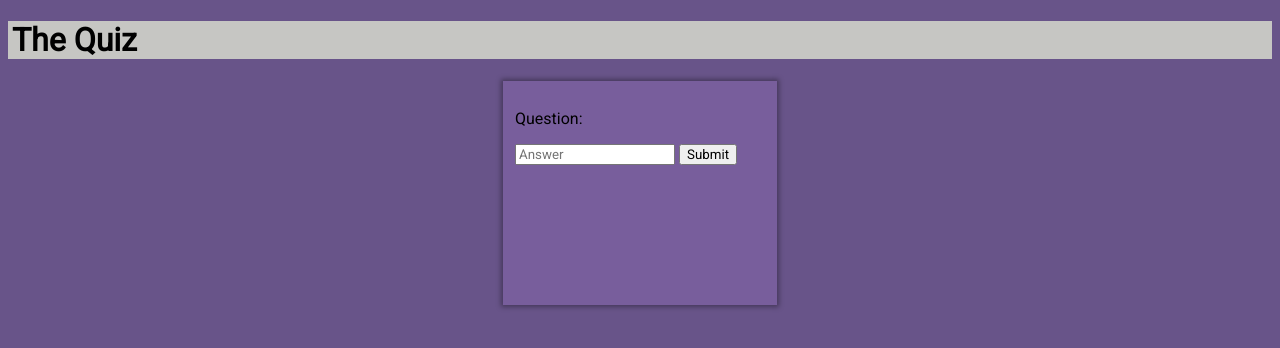
Repository: rs222kn/1dv403-laborationer
Page: 4-thequiz/index.html
The author's editor kept a record of every edit. The page is drawn from the files as they stood at one moment, then again after the next edit.
The browser window is 1280 px wide. The pictures show the whole page.
The page's requests for data from a server got no answer.

Above is the page before.
Console error: TypeError: Cannot set properties of null (setting 'innerHTML')

### 4-thequiz/index.html
<!DOCTYPE html>
<html>
    <head>
        <meta charset="UTF-8" />
 	    <title>The Quiz</title>
 	    <link href='//fonts.googleapis.com/css?family=Roboto' rel='stylesheet' type='text/css'>
        <link rel="stylesheet" type="text/css" href="css/style.css">
    </head>
    <body>
        <main>
            <header><h1>The Quiz</h1></header>
            <section>
            <p id="question">Question: </p>
            <input type="text" name="answer" id="answer" placeholder="Answer" />
            <input type="submit" name="submit" id="submit" />
        </main>
        <script src="js/script.js"></script>
    </body>
</html>

### 4-thequiz/css/style.css
body{
    background-color: #685489;

}

main{

}

header{
    font-family: 'Roboto', sans-serif;
    padding-left: 4px;
    background-color: #C6C6C3;
    margin: auto;

}

section{
    box-shadow: 0 0 5px 2px rgba(0,0,0,.35);
    padding: 12px;
    width: 250px;
    height: 200px;
    background-color: #785E9C;
    margin: auto;

}

#question{
    font-family: 'Roboto', sans-serif;
}

#answer{
    font-family: 'Roboto', sans-serif;
}

#submit{
   font-family: 'Roboto', sans-serif;
}

### 4-thequiz/js/script.js
"use strict";

var Bord = {

    doc: {
        getSubmitBtn: document.getElementById("submit"),
        getPTagQuestion: document.getElementById("question"),
        getInputAnswer: document.getElementById("answer"),
        getPTagResponse: document.getElementById("response"),


        varXhr: new XMLHttpRequest(),

    },

    init: function(){

        Bord.xhrQuestion();
    },

    // skriver ut Frågor
    printQuestion: function(question){
        Bord.doc.getPTagQuestion.innerHTML = question;
    },

    // Får frågorna..
    xhrQuestion: function(url){
         url = url || "http://vhost3.lnu.se:20080/question/1";

        Bord.doc.varXhr.onreadystatechange = function(){
            if (Bord.doc.varXhr.readyState === 4) {
                if (Bord.doc.varXhr.status === 200) {

                    //Bord.doc.varResponse = JSON.parse(Bord.doc.varXhr.responseText);
                    var response = JSON.parse(Bord.doc.varXhr.responseText);
                    Bord.printQuestion(response.question);
                    Bord.click(response);
                }
                else{
                    Bord.doc.getPTagResponse.innerHTML = "Oväntat fel!";
                }
            }
        };
        Bord.doc.varXhr.open("GET", url, true);
        Bord.doc.varXhr.send(null);
    },

    // skickar svar!
    xhrAnswer: function(url, reId, reAnswer){

        Bord.doc.getInputAnswer.value = "";
        var product = {
            id: reId,
            answer: reAnswer
        };

        Bord.doc.varXhr.onreadystatechange = function(){
            if (Bord.doc.varXhr.readyState === 4) {
                if (Bord.doc.varXhr.status === 200) {
                    var response = JSON.parse(Bord.doc.varXhr.responseText);

                    Bord.xhrQuestion(response.nextURL);
                    Bord.doc.getPTagResponse.innerHTML = response.message;
                }
                else{
                    var response = JSON.parse(Bord.doc.varXhr.responseText);
                    Bord.doc.getPTagResponse.innerHTML = response.message;
                }
            }
        };
        Bord.doc.varXhr.open("POST", url, true);
        Bord.doc.varXhr.setRequestHeader('Content-Type', 'application/json');
        Bord.doc.varXhr.send(JSON.stringify(product));
    },

    click: function(response){
        Bord.doc.getSubmitBtn.addEventListener("click", press);

         // skicka med enter..
        Bord.doc.getInputAnswer.onkeypress = function(e){
            if(e.keyCode == 13 && !e.shiftKey){
                e.preventDefault();
                press();
            }
        };

        function press(){
            //Bord.doc.varXhr.abort();
            Bord.xhrAnswer(response.nextURL, response.id, Bord.doc.getInputAnswer.value);
            //Bord.doc.getInputAnswer.value = ""; // skapar bugg
        };
    },

};

window.onload = Bord.init;

After the next edit:
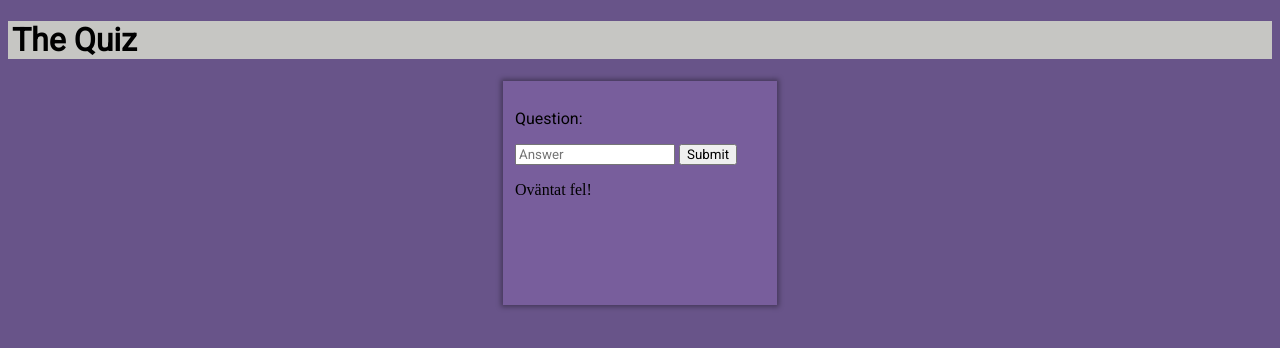
The error is gone.
The edit:
--- a/4-thequiz/index.html
+++ b/4-thequiz/index.html
@@ -10,9 +10,11 @@
         <main>
             <header><h1>The Quiz</h1></header>
             <section>
-            <p id="question">Question: </p>
-            <input type="text" name="answer" id="answer" placeholder="Answer" />
-            <input type="submit" name="submit" id="submit" />
+                <p id="question">Question: </p>
+                <input type="text" name="answer" id="answer" placeholder="Answer" />
+                <input type="submit" name="submit" id="submit" />
+                <p id="response"></p>
+            </section>
         </main>
         <script src="js/script.js"></script>
     </body>
